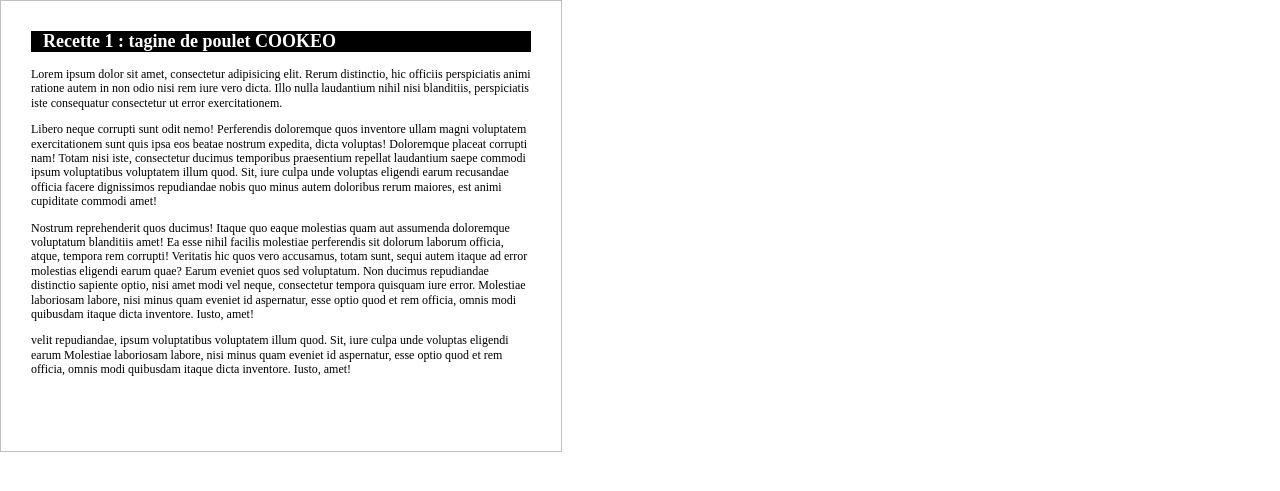
Repository: Luc010/Exercices
Page: HTML CSS/cours/float4.html
The author's editor kept a copy of each file at every save. The page is drawn from the files as they stood at one save, then again after the next save.
The browser window is 1280 px wide. The pictures show the whole page.

Above is the page before, as saved 2019-09-05 11:50:07.

### HTML CSS/cours/float4.html
<!DOCTYPE html>
<html lang="fr">
<head>
    <meta charset="UTF-8">
    <title>Document</title>
    <style>
        body {
            margin: 0;
            font-family: corbel;
            font-size: 12px;

        }
        .col2 {
            width: 560px;
            min-height: 450px;
            background-color: white;
            overflow: hidden;
            border: 1px solid silver;

        }
        article h1 {
            background-color: black;
            color: white;
            text-indent: 12px;

        }
        article {
            margin: 30px;

        }
        p {
            margin-bottom: 0;
            line-height: 120%;
        }
    </style>
</head>
<body>
    <div class="col2">
        <article>

            <h1>Recette 1 : tagine de poulet COOKEO</h1>
            <!-- <img  src="https://via.placeholder.com/140x180" alt=""> -->
            <p>Lorem ipsum dolor sit amet, consectetur adipisicing elit. Rerum distinctio, hic officiis perspiciatis
                animi ratione autem in non odio nisi rem iure vero dicta. Illo nulla laudantium nihil nisi blanditiis,
                perspiciatis iste consequatur consectetur ut error exercitationem. </p>

            <p>Libero neque corrupti sunt odit nemo! Perferendis doloremque quos inventore ullam magni voluptatem
                exercitationem sunt quis ipsa eos beatae nostrum expedita, dicta voluptas! Doloremque placeat corrupti
                nam! Totam nisi iste, consectetur ducimus temporibus praesentium repellat laudantium saepe commodi ipsum
                voluptatibus voluptatem illum quod. Sit, iure culpa unde voluptas eligendi earum recusandae officia
                facere dignissimos repudiandae nobis quo minus autem doloribus rerum maiores, est animi cupiditate
                commodi amet! </p>

            <p>Nostrum reprehenderit quos ducimus! Itaque quo eaque molestias quam aut assumenda doloremque voluptatum
                blanditiis amet! Ea esse nihil facilis molestiae perferendis sit dolorum laborum officia, atque, tempora
                rem corrupti! Veritatis hic quos vero accusamus, totam sunt, sequi autem itaque ad error molestias
                eligendi earum quae? Earum eveniet quos sed voluptatum. Non ducimus repudiandae distinctio sapiente
                optio, nisi amet modi vel neque, consectetur tempora quisquam iure error. Molestiae laboriosam labore,
                nisi minus quam eveniet id aspernatur, esse optio quod et rem officia, omnis modi quibusdam itaque dicta
                inventore. Iusto, amet!</p>

            <p>velit repudiandae, ipsum voluptatibus voluptatem illum quod. Sit, iure culpa unde voluptas eligendi earum
                Molestiae laboriosam labore, nisi minus quam eveniet id aspernatur, esse optio quod et rem officia,
                omnis modi quibusdam itaque dicta inventore. Iusto, amet!</p>

        </article>
    </div>
</body>
</html>

After the next save:
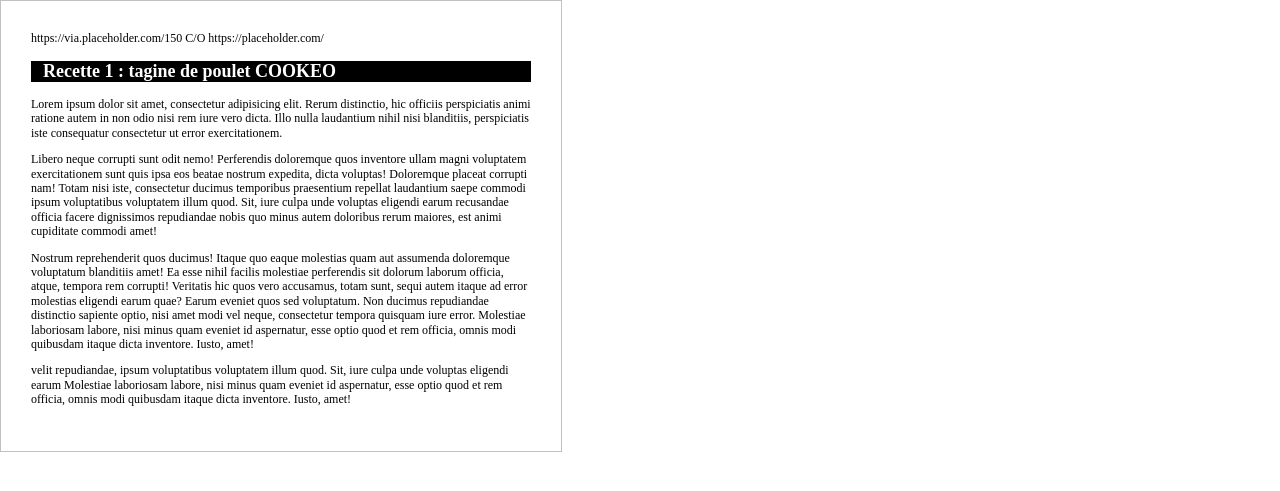
Saved 5 s later.
--- a/HTML CSS/cours/float4.html
+++ b/HTML CSS/cours/float4.html
@@ -37,7 +37,9 @@
 <body>
     <div class="col2">
         <article>
+                https://via.placeholder.com/150
 
+                C/O https://placeholder.com/
             <h1>Recette 1 : tagine de poulet COOKEO</h1>
             <!-- <img  src="https://via.placeholder.com/140x180" alt=""> -->
             <p>Lorem ipsum dolor sit amet, consectetur adipisicing elit. Rerum distinctio, hic officiis perspiciatis
